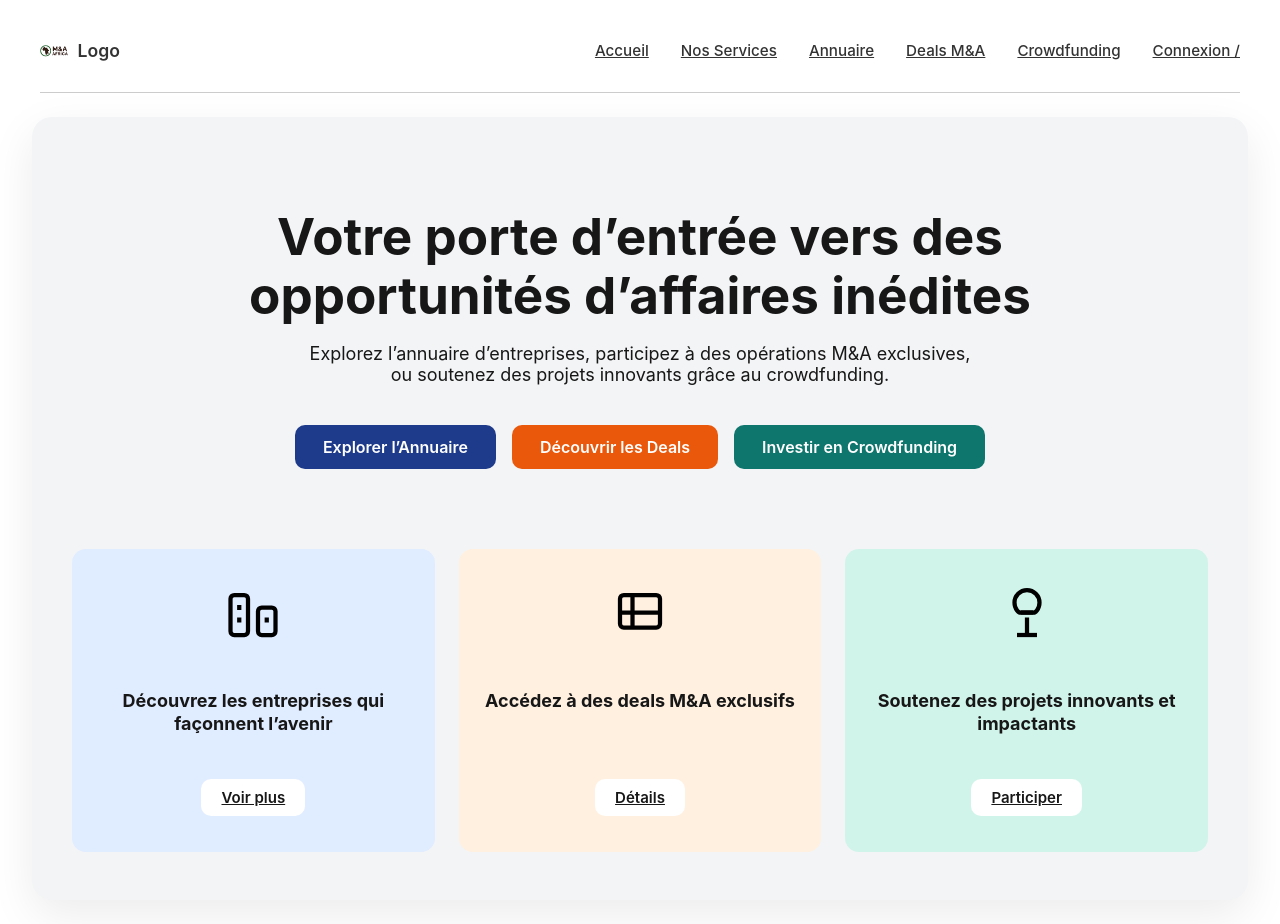
Repository: MFredy25/africa-fusion
Page: /hub
These files come from the project's save history. The page is drawn as it stood at one moment and after the next save; the edit follows.
The browser window is 1280 px wide. The pictures show the whole page.
The project was rebuilt for these pictures with package versions that can differ from the ones it lists, and the page was loaded fresh each time. The framework's server and built-in components were replaced by stand-ins that run in the browser. Also part of the build but not shown: next.config.js, next.config.ts.

Above is the page before, as saved 2025-06-08 16:36:30.

After the next save:
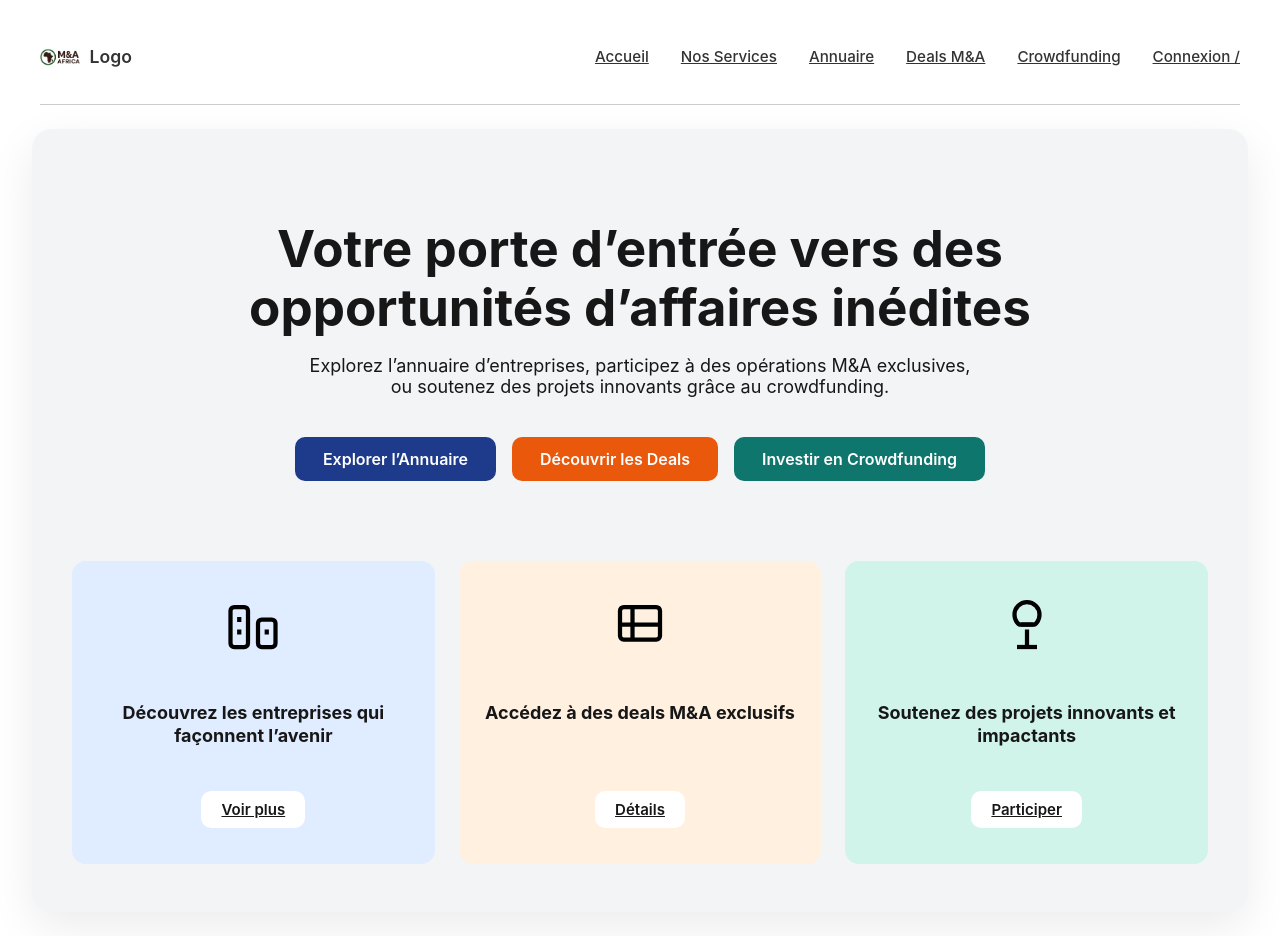
Saved 2 min 28 s later.
--- a/src/components/HubHeader.tsx
+++ b/src/components/HubHeader.tsx
@@ -36,8 +36,8 @@ export default function HubHeader() {
         <Image
           src="/images/fusion_africa.png"
           alt="Logo"
-          width={28}
-          height={28}
+          width={40}
+          height={40}
           style={{ objectFit: 'contain' }}
         />
         <span>Logo</span>
